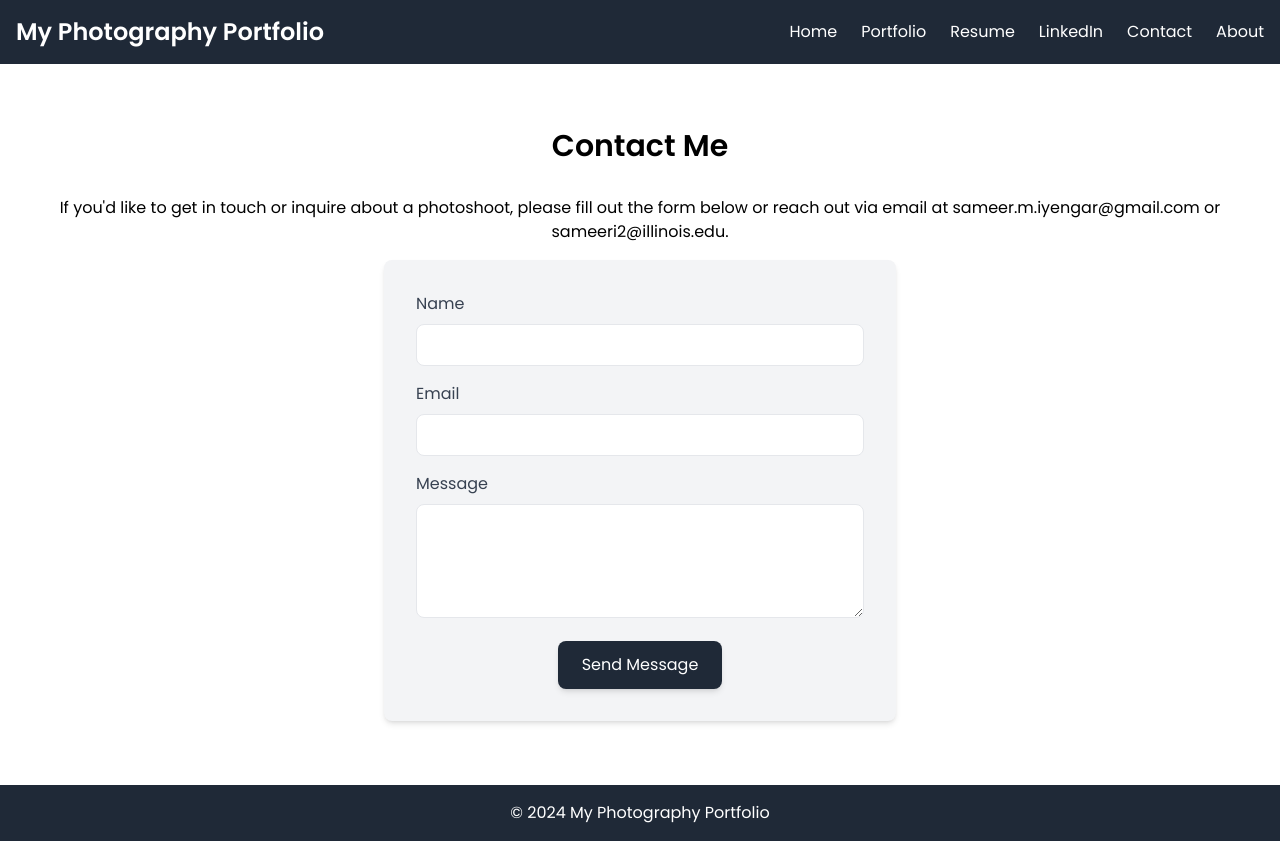
Repository: siyengar04/siyengar04.github.io
Page: contact.html
These files come from the project's save history. The page is drawn as it stood at one moment and after the next save; the edit follows.
The browser window is 1280 px wide. The pictures show the whole page.
Some web libraries are served in a nearby version.

Above is the page before, as saved 2024-11-01 13:19:08.

### contact.html
<!DOCTYPE html>
<html lang="en">

<head>
    <meta charset="UTF-8">
    <meta name="viewport" content="width=device-width, initial-scale=1.0">
    <title>Contact</title>
    <script src="https://cdn.tailwindcss.com"></script>
    <link href="https://fonts.googleapis.com/css2?family=Poppins:wght@300;400;600&display=swap" rel="stylesheet">
    <style>
        body {
            font-family: 'Poppins', sans-serif;
        }
    </style>
</head>

<body class="bg-gray-100">
    <header class="bg-gray-800 text-white py-4">
        <div class="container mx-auto flex justify-between items-center px-4">
            <h1 class="text-2xl font-semibold">My Photography Portfolio</h1>
            <nav>
                <ul class="flex space-x-6">
                    <li><a href="index.html" class="hover:text-gray-400">Home</a></li>
                    <li><a href="/portfolio.html" class="hover:text-gray-400">Portfolio</a></li>
                    <li><a href="/resume.html" class="hover:text-gray-400">Resume </a></li>
                    <li><a href="https://www.linkedin.com/in/sameer-iyengar/" class="hover:text-gray-400">LinkedIn</a></li>
                    <li><a href="/contact.html" class="hover:text-gray-400">Contact</a></li>
                    <li><a href="/about.html" class="hover:text-gray-400">About</a></li>
                </ul>
            </nav>
        </div>
    </header>

    <section id="contact" class="contact py-16 bg-white">
        <div class="container mx-auto px-4 text-center">
            <h2 class="text-3xl font-bold mb-8">Contact Me</h2>
            <p class="mb-4">If you'd like to get in touch or inquire about a photoshoot, please fill out the form below or reach out via email at sameer.m.iyengar@gmail.com or sameeri2@illinois.edu.</p>
            <form action="#" method="POST" class="max-w-lg mx-auto bg-gray-100 p-8 rounded-lg shadow-md">
                <div class="mb-4">
                    <label for="name" class="block text-left text-gray-700 mb-2">Name</label>
                    <input type="text" id="name" name="name" class="w-full px-4 py-2 border rounded-lg focus:outline-none focus:ring-2 focus:ring-gray-400">
                </div>
                <div class="mb-4">
                    <label for="email" class="block text-left text-gray-700 mb-2">Email</label>
                    <input type="email" id="email" name="email" class="w-full px-4 py-2 border rounded-lg focus:outline-none focus:ring-2 focus:ring-gray-400">
                </div>
                <div class="mb-4">
                    <label for="message" class="block text-left text-gray-700 mb-2">Message</label>
                    <textarea id="message" name="message" rows="4" class="w-full px-4 py-2 border rounded-lg focus:outline-none focus:ring-2 focus:ring-gray-400"></textarea>
                </div>
                <button type="submit" class="bg-gray-800 text-white px-6 py-3 rounded-lg shadow-md hover:bg-gray-700">Send Message</button>
            </form>
        </div>
    </section>

    <footer class="bg-gray-800 text-white text-center py-4">
        <div class="container mx-auto">
            <p>&copy; 2024 My Photography Portfolio</p>
        </div>
    </footer>
</body>

</html>

After the next save:
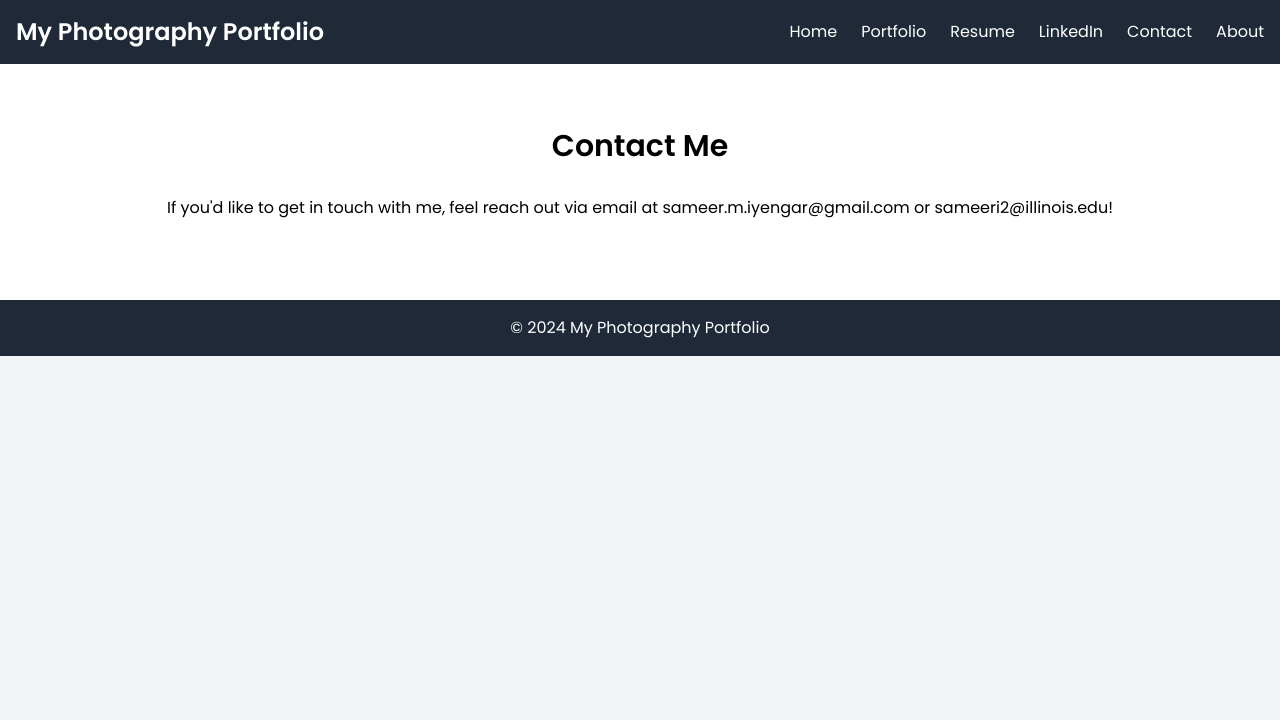
Saved 2 min 14 s later.
--- a/contact.html
+++ b/contact.html
@@ -34,22 +34,8 @@
     <section id="contact" class="contact py-16 bg-white">
         <div class="container mx-auto px-4 text-center">
             <h2 class="text-3xl font-bold mb-8">Contact Me</h2>
-            <p class="mb-4">If you'd like to get in touch or inquire about a photoshoot, please fill out the form below or reach out via email at sameer.m.iyengar@gmail.com or sameeri2@illinois.edu.</p>
-            <form action="#" method="POST" class="max-w-lg mx-auto bg-gray-100 p-8 rounded-lg shadow-md">
-                <div class="mb-4">
-                    <label for="name" class="block text-left text-gray-700 mb-2">Name</label>
-                    <input type="text" id="name" name="name" class="w-full px-4 py-2 border rounded-lg focus:outline-none focus:ring-2 focus:ring-gray-400">
-                </div>
-                <div class="mb-4">
-                    <label for="email" class="block text-left text-gray-700 mb-2">Email</label>
-                    <input type="email" id="email" name="email" class="w-full px-4 py-2 border rounded-lg focus:outline-none focus:ring-2 focus:ring-gray-400">
-                </div>
-                <div class="mb-4">
-                    <label for="message" class="block text-left text-gray-700 mb-2">Message</label>
-                    <textarea id="message" name="message" rows="4" class="w-full px-4 py-2 border rounded-lg focus:outline-none focus:ring-2 focus:ring-gray-400"></textarea>
-                </div>
-                <button type="submit" class="bg-gray-800 text-white px-6 py-3 rounded-lg shadow-md hover:bg-gray-700">Send Message</button>
-            </form>
+            <p class="mb-4">If you'd like to get in touch with me, feel reach out via email at sameer.m.iyengar@gmail.com or sameeri2@illinois.edu!</p>
+
         </div>
     </section>
 
